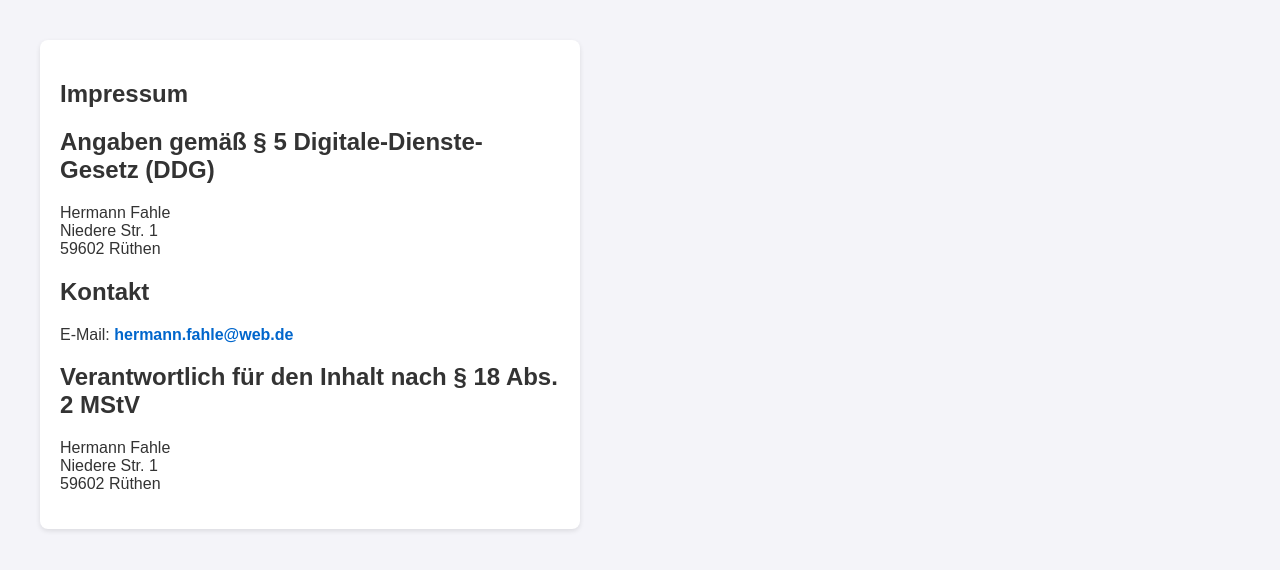
Repository: h-fahle/h-fahle.github.io
Page: impressum.html
The author's editor kept a copy of each file at every save. The page is drawn from the files as they stood at one save, then again after the next save.
The browser window is 1280 px wide. The pictures show the whole page.

Above is the page before, as saved 2026-05-24 12:42:19.

### impressum.html
<!DOCTYPE html>
<html lang="de">
<head>
    <meta charset="UTF-8">
    <meta name="viewport" content="width=device-width, initial-scale=1.0">
    <title>Dokumentenübersicht</title>
    <style>
        body {
            margin: 0;
            font-family: Arial, sans-serif;
            display: flex;
            flex-direction: column;
            min-height: 100vh;
            background-color: #f4f4f9;
            color: #333;
        }
        footer {
            margin-top: auto; /* Drückt den Footer an den unteren Rand */
            background-color: #f1f1f1;
            text-align: center;
        }
        .container {
            background: #fff;
            margin: 40px;
            padding: 20px;
            border-radius: 8px;
            max-width: 500px;
            box-shadow: 0 2px 5px rgba(0,0,0,0.1);
        }
        h1 {
            font-size: 1.5em;
            margin-top: 0;
        }
        ul {
            list-style-type: none;
            padding: 0;
        }
        li {
            margin: 15px 0;
        }
        a {
            text-decoration: none;
            color: #0066cc;
            font-weight: bold;
        }
        a:hover {
            text-decoration: underline;
        }
    </style>
</head>
<body>

    <div class="container">
        <h2>Impressum</h2>
        <h2>Angaben gemäß § 5 Digitale-Dienste-Gesetz (DDG)</h2>
        <p>Hermann Fahle<br>Niedere Str. 1<br>59602 Rüthen</p>
        <h2>Kontakt</h2>
        <p>E-Mail: <a href="mailto:hermann.fahle@web.de">hermann.fahle@web.de</a></p>
        <h2>Verantwortlich für den Inhalt nach § 18 Abs. 2 MStV</h2>
        <p>Hermann Fahle<br>Niedere Str. 1<br>59602 Rüthen</p>
    </div>

</body>

After the next save:
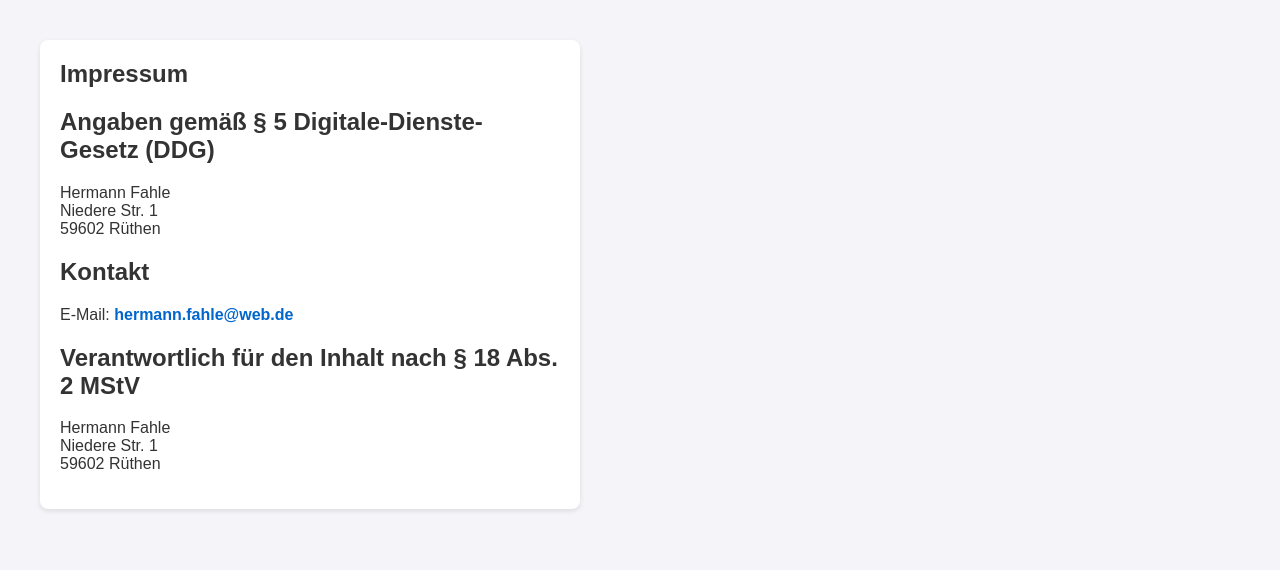
Saved 2 min 43 s later.
--- a/impressum.html
+++ b/impressum.html
@@ -51,7 +51,7 @@
 <body>
 
     <div class="container">
-        <h2>Impressum</h2>
+        <h1>Impressum</h1>
         <h2>Angaben gemäß § 5 Digitale-Dienste-Gesetz (DDG)</h2>
         <p>Hermann Fahle<br>Niedere Str. 1<br>59602 Rüthen</p>
         <h2>Kontakt</h2>
